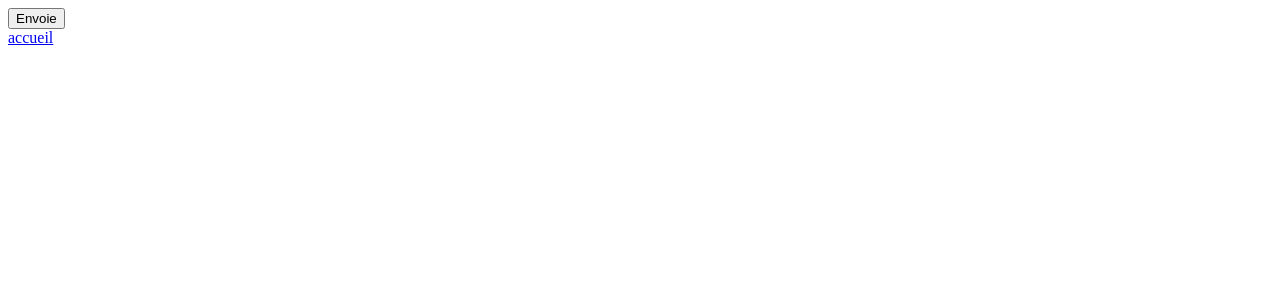
Repository: teddyruppin/GitFormateur
Page: http://localhost/GestionWebPersonne/MenuController?choix=1
The author's editor kept a copy of each file at every save. The page is drawn from the files as they stood at one save, then again after the next save.
The browser window is 1280 px wide. The pictures show the whole page.
The page is served by Tomcat 9.

Above is the page before, as saved 2020-01-02 15:03:23.

After the next save:
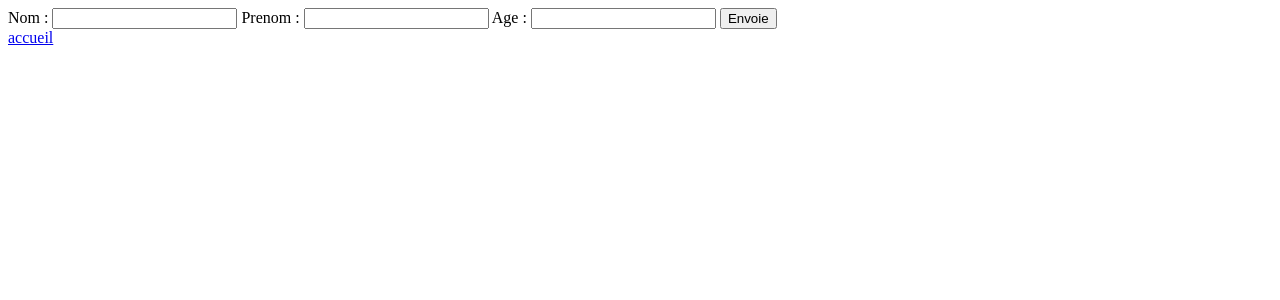
Saved 5 min 34 s later.
--- a/src/projpoo1/GestionWebPersonne/WebContent/WEB-INF/JSP/creer.jsp
+++ b/src/projpoo1/GestionWebPersonne/WebContent/WEB-INF/JSP/creer.jsp
@@ -26,6 +26,12 @@
 --%>
 
 	<form action="MenuController" method="post">
+		<label> Nom : </label>
+		<input type="text" value="" name="nom">
+		<label> Prenom : </label>
+		<input type="text" value="" name="prenom">
+		<label> Age : </label>
+		<input type="number" value="" name="age">
 		<button type="submit">Envoie</button>
 	</form>
 
